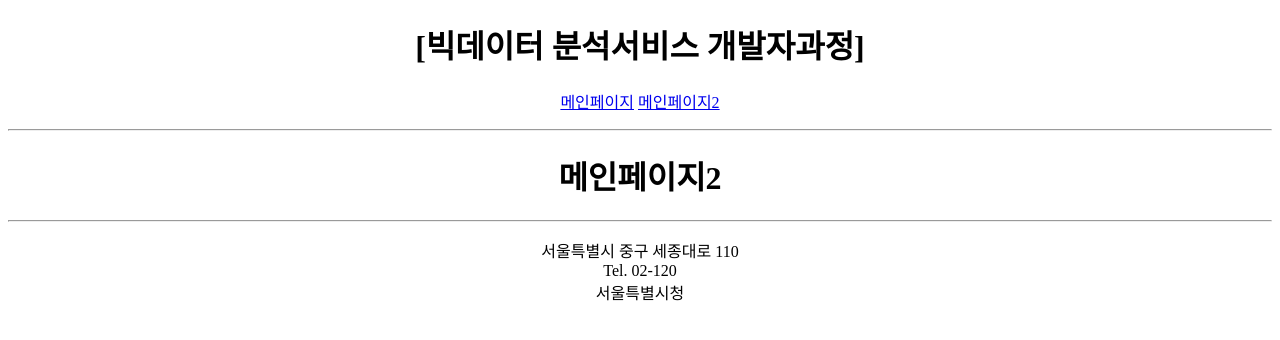
Repository: Jungsol/Servlet_JSP_study
Page: http://localhost/JSP/ex06_mainPage2.jsp
An editor plug-in stored every save of this project. The page is shown before and after the next save, followed by the edit.
The browser window is 1280 px wide. The pictures show the whole page.
The page is served by Tomcat 9. Other server files are loaded and not shown.

Above is the page before, as saved 2023-06-08 15:36:26.

### JSP/src/main/webapp/ex06_mainPage2.jsp
<%@ page language="java" contentType="text/html; charset=EUC-KR"
    pageEncoding="EUC-KR"%>
<!DOCTYPE html>
<html>
<head>
<meta charset="EUC-KR">
<title>Insert title here</title>
</head>
<body>

	<%@ include file="ex06_header.jsp" %>
	<hr>
		<h1>메인페이지2</h1>
	<hr>
	<%@ include file="ex06_footer.jsp" %>

</body>
</html>

### JSP/src/main/webapp/ex06_header.jsp
<%@ page language="java" contentType="text/html; charset=EUC-KR"
    pageEncoding="EUC-KR"%>
<!DOCTYPE html>
<html>
<head>
<meta charset="EUC-KR">
<title>Insert title here</title>
<style>
	h1,p{
		text-align: center;
	}
</style>
</head>
<body>
	<h1>[빅데이터 분석서비스 개발자과정]</h1>

	<p>
		<a href="ex06_mainPage.jsp">메인페이지</a>
		<a href="ex06_mainPage2.jsp">메인페이지2</a>
	</p>
</body>
</html>

### JSP/src/main/webapp/ex06_footer.jsp
<%@ page language="java" contentType="text/html; charset=EUC-KR"
    pageEncoding="EUC-KR"%>
<!DOCTYPE html>
<html>
<head>
<meta charset="EUC-KR">
<title>Insert title here</title>
<style>
	p{
		text-align: center;
	}
</style>
</head>
<body>
	<p>
		서울특별시 중구 세종대로 110<br>
		Tel. 02-120<br>
		서울특별시청
	</p>

</body>
</html>

After the next save:
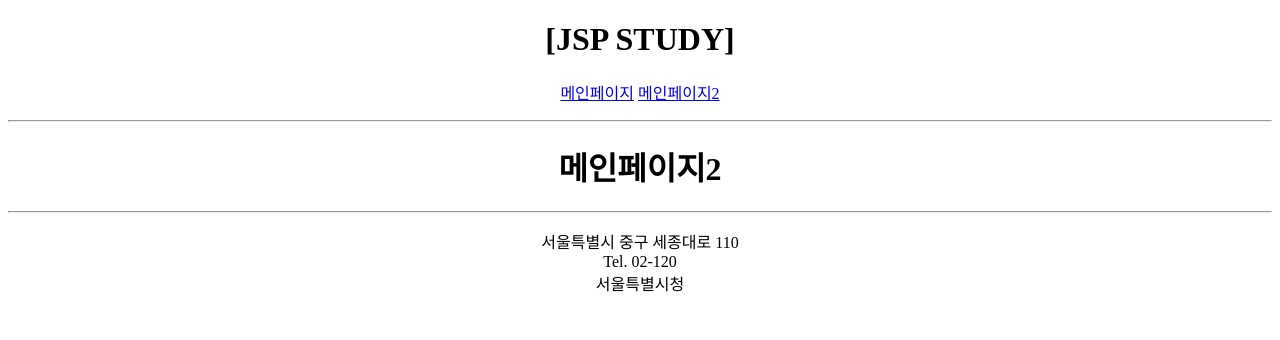
Saved 105 s later.
--- a/JSP/src/main/webapp/ex06_header.jsp
+++ b/JSP/src/main/webapp/ex06_header.jsp
@@ -12,7 +12,7 @@
 </style>
 </head>
 <body>
-	<h1>[빅데이터 분석서비스 개발자과정]</h1>
+	<h1>[JSP STUDY]</h1>
 
 	<p>
 		<a href="ex06_mainPage.jsp">메인페이지</a>
